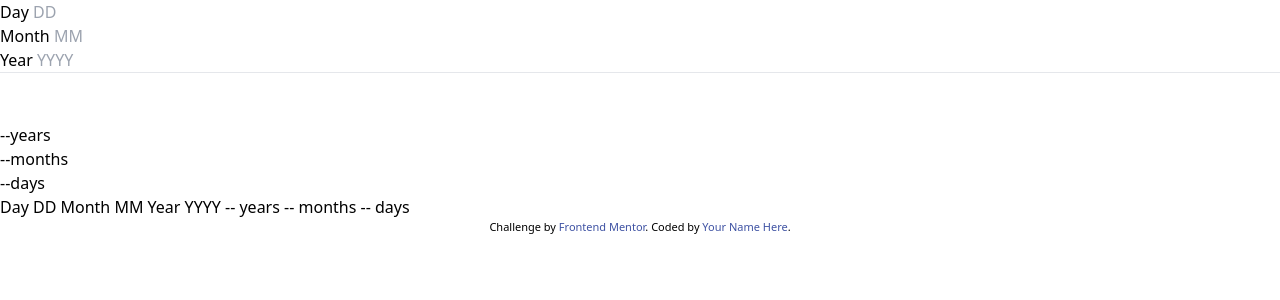
Repository: blordeus/age-calculator-app-main
Page: index.html
These files come from the project's save history. The page is drawn as it stood at one moment and after the next save; the edit follows.
The browser window is 1280 px wide. The pictures show the whole page.

Above is the page before, as saved 2023-08-25 19:55:09.

### index.html
<!DOCTYPE html>
<html lang="en">
<head>
  <meta charset="UTF-8">
  <meta name="viewport" content="width=device-width, initial-scale=1.0"> <!-- displays site properly based on user's device -->

  <link rel="icon" type="image/png" sizes="32x32" href="./assets/images/favicon-32x32.png">
  <link rel="stylesheet" href="style.css">
  <link rel="stylesheet" href="./dist/output.css">
  <title>Frontend Mentor | Age calculator app</title>

</head>
<body>
  <div class="card">
    <div class="card-container">
      <form>
        <div class="form_container">
          <div class="block">
            <label for="day">Day</label>
            <input type="text" id="day" placeholder="DD">
            <small></small>
          </div>
          <div class="block">
            <label for="month">Month</label>
            <input type="text" id="month" placeholder="MM">
            <small></small>
          </div>
          <div class="block">
            <label for="year">Year</label>
            <input type="text" id="year" placeholder="YYYY">
            <small></small>
          </div>
          <div class="submit_block">
            <hr>
            <button type="submit" class="submit_btn">
              <img src="./assets/images/icon-arrow.svg" alt="arrow icon">
            </button>
          </div>
        </div>
      </form>
      <div class="output">
        <h1><span id="YY">--</span>years</h1>
        <h1><span id="MM">--</span>months</h1>
        <h1><span id="DD">--</span>days</h1>
      </div>
    </div>
  </div>

  Day
  DD

  Month
  MM

  Year
  YYYY

  -- years
  -- months
  -- days

  <div class="attribution">
    Challenge by <a rel="noopener" href="https://www.frontendmentor.io?ref=challenge" target="_blank">Frontend Mentor</a>.
    Coded by <a href="#">Your Name Here</a>.
  </div>

  <script class="script.js"></script>
</body>
</html>

### style.css
  @import url('https://fonts.googleapis.com/css2?family=Manrope:wght@800&display=swap');

  .attribution { font-size: 11px; text-align: center; }
  .attribution a { color: hsl(228, 45%, 44%); }

### dist/output.css
/*
! tailwindcss v3.3.3 | MIT License | https://tailwindcss.com
*/

/*
1. Prevent padding and border from affecting element width. (https://github.com/mozdevs/cssremedy/issues/4)
2. Allow adding a border to an element by just adding a border-width. (https://github.com/tailwindcss/tailwindcss/pull/116)
*/

*,
::before,
::after {
  box-sizing: border-box;
  /* 1 */
  border-width: 0;
  /* 2 */
  border-style: solid;
  /* 2 */
  border-color: #e5e7eb;
  /* 2 */
}

::before,
::after {
  --tw-content: '';
}

/*
1. Use a consistent sensible line-height in all browsers.
2. Prevent adjustments of font size after orientation changes in iOS.
3. Use a more readable tab size.
4. Use the user's configured `sans` font-family by default.
5. Use the user's configured `sans` font-feature-settings by default.
6. Use the user's configured `sans` font-variation-settings by default.
*/

html {
  line-height: 1.5;
  /* 1 */
  -webkit-text-size-adjust: 100%;
  /* 2 */
  -moz-tab-size: 4;
  /* 3 */
  -o-tab-size: 4;
     tab-size: 4;
  /* 3 */
  font-family: ui-sans-serif, system-ui, -apple-system, BlinkMacSystemFont, "Segoe UI", Roboto, "Helvetica Neue", Arial, "Noto Sans", sans-serif, "Apple Color Emoji", "Segoe UI Emoji", "Segoe UI Symbol", "Noto Color Emoji";
  /* 4 */
  font-feature-settings: normal;
  /* 5 */
  font-variation-settings: normal;
  /* 6 */
}

/*
1. Remove the margin in all browsers.
2. Inherit line-height from `html` so users can set them as a class directly on the `html` element.
*/

body {
  margin: 0;
  /* 1 */
  line-height: inherit;
  /* 2 */
}

/*
1. Add the correct height in Firefox.
2. Correct the inheritance of border color in Firefox. (https://bugzilla.mozilla.org/show_bug.cgi?id=190655)
3. Ensure horizontal rules are visible by default.
*/

hr {
  height: 0;
  /* 1 */
  color: inherit;
  /* 2 */
  border-top-width: 1px;
  /* 3 */
}

/*
Add the correct text decoration in Chrome, Edge, and Safari.
*/

abbr:where([title]) {
  -webkit-text-decoration: underline dotted;
          text-decoration: underline dotted;
}

/*
Remove the default font size and weight for headings.
*/

h1,
h2,
h3,
h4,
h5,
h6 {
  font-size: inherit;
  font-weight: inherit;
}

/*
Reset links to optimize for opt-in styling instead of opt-out.
*/

a {
  color: inherit;
  text-decoration: inherit;
}

/*
Add the correct font weight in Edge and Safari.
*/

b,
strong {
  font-weight: bolder;
}

/*
1. Use the user's configured `mono` font family by default.
2. Correct the odd `em` font sizing in all browsers.
*/

code,
kbd,
samp,
pre {
  font-family: ui-monospace, SFMono-Regular, Menlo, Monaco, Consolas, "Liberation Mono", "Courier New", monospace;
  /* 1 */
  font-size: 1em;
  /* 2 */
}

/*
Add the correct font size in all browsers.
*/

small {
  font-size: 80%;
}

/*
Prevent `sub` and `sup` elements from affecting the line height in all browsers.
*/

sub,
sup {
  font-size: 75%;
  line-height: 0;
  position: relative;
  vertical-align: baseline;
}

sub {
  bottom: -0.25em;
}

sup {
  top: -0.5em;
}

/*
1. Remove text indentation from table contents in Chrome and Safari. (https://bugs.chromium.org/p/chromium/issues/detail?id=999088, https://bugs.webkit.org/show_bug.cgi?id=201297)
2. Correct table border color inheritance in all Chrome and Safari. (https://bugs.chromium.org/p/chromium/issues/detail?id=935729, https://bugs.webkit.org/show_bug.cgi?id=195016)
3. Remove gaps between table borders by default.
*/

table {
  text-indent: 0;
  /* 1 */
  border-color: inherit;
  /* 2 */
  border-collapse: collapse;
  /* 3 */
}

/*
1. Change the font styles in all browsers.
2. Remove the margin in Firefox and Safari.
3. Remove default padding in all browsers.
*/

button,
input,
optgroup,
select,
textarea {
  font-family: inherit;
  /* 1 */
  font-feature-settings: inherit;
  /* 1 */
  font-variation-settings: inherit;
  /* 1 */
  font-size: 100%;
  /* 1 */
  font-weight: inherit;
  /* 1 */
  line-height: inherit;
  /* 1 */
  color: inherit;
  /* 1 */
  margin: 0;
  /* 2 */
  padding: 0;
  /* 3 */
}

/*
Remove the inheritance of text transform in Edge and Firefox.
*/

button,
select {
  text-transform: none;
}

/*
1. Correct the inability to style clickable types in iOS and Safari.
2. Remove default button styles.
*/

button,
[type='button'],
[type='reset'],
[type='submit'] {
  -webkit-appearance: button;
  /* 1 */
  background-color: transparent;
  /* 2 */
  background-image: none;
  /* 2 */
}

/*
Use the modern Firefox focus style for all focusable elements.
*/

:-moz-focusring {
  outline: auto;
}

/*
Remove the additional `:invalid` styles in Firefox. (https://github.com/mozilla/gecko-dev/blob/2f9eacd9d3d995c937b4251a5557d95d494c9be1/layout/style/res/forms.css#L728-L737)
*/

:-moz-ui-invalid {
  box-shadow: none;
}

/*
Add the correct vertical alignment in Chrome and Firefox.
*/

progress {
  vertical-align: baseline;
}

/*
Correct the cursor style of increment and decrement buttons in Safari.
*/

::-webkit-inner-spin-button,
::-webkit-outer-spin-button {
  height: auto;
}

/*
1. Correct the odd appearance in Chrome and Safari.
2. Correct the outline style in Safari.
*/

[type='search'] {
  -webkit-appearance: textfield;
  /* 1 */
  outline-offset: -2px;
  /* 2 */
}

/*
Remove the inner padding in Chrome and Safari on macOS.
*/

::-webkit-search-decoration {
  -webkit-appearance: none;
}

/*
1. Correct the inability to style clickable types in iOS and Safari.
2. Change font properties to `inherit` in Safari.
*/

::-webkit-file-upload-button {
  -webkit-appearance: button;
  /* 1 */
  font: inherit;
  /* 2 */
}

/*
Add the correct display in Chrome and Safari.
*/

summary {
  display: list-item;
}

/*
Removes the default spacing and border for appropriate elements.
*/

blockquote,
dl,
dd,
h1,
h2,
h3,
h4,
h5,
h6,
hr,
figure,
p,
pre {
  margin: 0;
}

fieldset {
  margin: 0;
  padding: 0;
}

legend {
  padding: 0;
}

ol,
ul,
menu {
  list-style: none;
  margin: 0;
  padding: 0;
}

/*
Reset default styling for dialogs.
*/

dialog {
  padding: 0;
}

/*
Prevent resizing textareas horizontally by default.
*/

textarea {
  resize: vertical;
}

/*
1. Reset the default placeholder opacity in Firefox. (https://github.com/tailwindlabs/tailwindcss/issues/3300)
2. Set the default placeholder color to the user's configured gray 400 color.
*/

input::-moz-placeholder, textarea::-moz-placeholder {
  opacity: 1;
  /* 1 */
  color: #9ca3af;
  /* 2 */
}

input::placeholder,
textarea::placeholder {
  opacity: 1;
  /* 1 */
  color: #9ca3af;
  /* 2 */
}

/*
Set the default cursor for buttons.
*/

button,
[role="button"] {
  cursor: pointer;
}

/*
Make sure disabled buttons don't get the pointer cursor.
*/

:disabled {
  cursor: default;
}

/*
1. Make replaced elements `display: block` by default. (https://github.com/mozdevs/cssremedy/issues/14)
2. Add `vertical-align: middle` to align replaced elements more sensibly by default. (https://github.com/jensimmons/cssremedy/issues/14#issuecomment-634934210)
   This can trigger a poorly considered lint error in some tools but is included by design.
*/

img,
svg,
video,
canvas,
audio,
iframe,
embed,
object {
  display: block;
  /* 1 */
  vertical-align: middle;
  /* 2 */
}

/*
Constrain images and videos to the parent width and preserve their intrinsic aspect ratio. (https://github.com/mozdevs/cssremedy/issues/14)
*/

img,
video {
  max-width: 100%;
  height: auto;
}

/* Make elements with the HTML hidden attribute stay hidden by default */

[hidden] {
  display: none;
}

*, ::before, ::after {
  --tw-border-spacing-x: 0;
  --tw-border-spacing-y: 0;
  --tw-translate-x: 0;
  --tw-translate-y: 0;
  --tw-rotate: 0;
  --tw-skew-x: 0;
  --tw-skew-y: 0;
  --tw-scale-x: 1;
  --tw-scale-y: 1;
  --tw-pan-x:  ;
  --tw-pan-y:  ;
  --tw-pinch-zoom:  ;
  --tw-scroll-snap-strictness: proximity;
  --tw-gradient-from-position:  ;
  --tw-gradient-via-position:  ;
  --tw-gradient-to-position:  ;
  --tw-ordinal:  ;
  --tw-slashed-zero:  ;
  --tw-numeric-figure:  ;
  --tw-numeric-spacing:  ;
  --tw-numeric-fraction:  ;
  --tw-ring-inset:  ;
  --tw-ring-offset-width: 0px;
  --tw-ring-offset-color: #fff;
  --tw-ring-color: rgb(59 130 246 / 0.5);
  --tw-ring-offset-shadow: 0 0 #0000;
  --tw-ring-shadow: 0 0 #0000;
  --tw-shadow: 0 0 #0000;
  --tw-shadow-colored: 0 0 #0000;
  --tw-blur:  ;
  --tw-brightness:  ;
  --tw-contrast:  ;
  --tw-grayscale:  ;
  --tw-hue-rotate:  ;
  --tw-invert:  ;
  --tw-saturate:  ;
  --tw-sepia:  ;
  --tw-drop-shadow:  ;
  --tw-backdrop-blur:  ;
  --tw-backdrop-brightness:  ;
  --tw-backdrop-contrast:  ;
  --tw-backdrop-grayscale:  ;
  --tw-backdrop-hue-rotate:  ;
  --tw-backdrop-invert:  ;
  --tw-backdrop-opacity:  ;
  --tw-backdrop-saturate:  ;
  --tw-backdrop-sepia:  ;
}

::backdrop {
  --tw-border-spacing-x: 0;
  --tw-border-spacing-y: 0;
  --tw-translate-x: 0;
  --tw-translate-y: 0;
  --tw-rotate: 0;
  --tw-skew-x: 0;
  --tw-skew-y: 0;
  --tw-scale-x: 1;
  --tw-scale-y: 1;
  --tw-pan-x:  ;
  --tw-pan-y:  ;
  --tw-pinch-zoom:  ;
  --tw-scroll-snap-strictness: proximity;
  --tw-gradient-from-position:  ;
  --tw-gradient-via-position:  ;
  --tw-gradient-to-position:  ;
  --tw-ordinal:  ;
  --tw-slashed-zero:  ;
  --tw-numeric-figure:  ;
  --tw-numeric-spacing:  ;
  --tw-numeric-fraction:  ;
  --tw-ring-inset:  ;
  --tw-ring-offset-width: 0px;
  --tw-ring-offset-color: #fff;
  --tw-ring-color: rgb(59 130 246 / 0.5);
  --tw-ring-offset-shadow: 0 0 #0000;
  --tw-ring-shadow: 0 0 #0000;
  --tw-shadow: 0 0 #0000;
  --tw-shadow-colored: 0 0 #0000;
  --tw-blur:  ;
  --tw-brightness:  ;
  --tw-contrast:  ;
  --tw-grayscale:  ;
  --tw-hue-rotate:  ;
  --tw-invert:  ;
  --tw-saturate:  ;
  --tw-sepia:  ;
  --tw-drop-shadow:  ;
  --tw-backdrop-blur:  ;
  --tw-backdrop-brightness:  ;
  --tw-backdrop-contrast:  ;
  --tw-backdrop-grayscale:  ;
  --tw-backdrop-hue-rotate:  ;
  --tw-backdrop-invert:  ;
  --tw-backdrop-opacity:  ;
  --tw-backdrop-saturate:  ;
  --tw-backdrop-sepia:  ;
}

.block {
  display: block;
}

.content-\[attr\(data-content\)\] {
  --tw-content: attr(data-content);
  content: var(--tw-content);
}

After the next save:
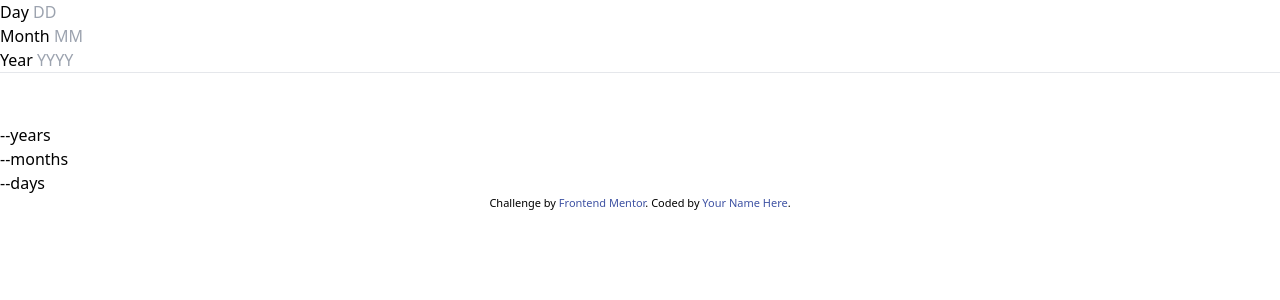
Saved 46 s later.
--- a/index.html
+++ b/index.html
@@ -46,19 +46,6 @@
     </div>
   </div>
 
-  Day
-  DD
-
-  Month
-  MM
-
-  Year
-  YYYY
-
-  -- years
-  -- months
-  -- days
-
   <div class="attribution">
     Challenge by <a rel="noopener" href="https://www.frontendmentor.io?ref=challenge" target="_blank">Frontend Mentor</a>.
     Coded by <a href="#">Your Name Here</a>.
